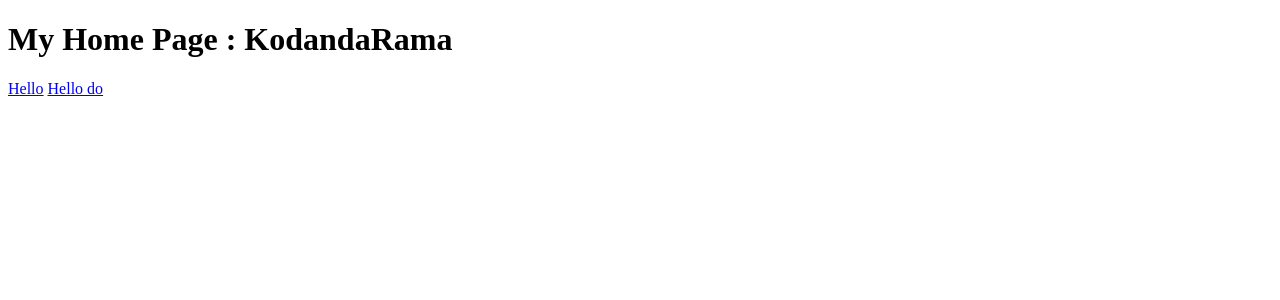
Repository: Rama-13/LaunchPadAllFiles
Page: java-workspace/SpringMVCDemo/WebContent/index.html
These files come from the project's save history. The page is drawn as it stood at one moment and after the next save; the edit follows.
The browser window is 1280 px wide. The pictures show the whole page.

Above is the page before, as saved 2019-08-01 09:01:22.

### java-workspace/SpringMVCDemo/WebContent/index.html
<!DOCTYPE html>
<html>
<head>
<meta charset="ISO-8859-1">
<title>Spring MVC</title>
</head>
<body>
<h1>My Home Page : KodandaRama</h1>
<a href = "Hello.html">Hello</a>
<a href = "Hello.do">Hello do</a>
</body>
</html>

After the next save:
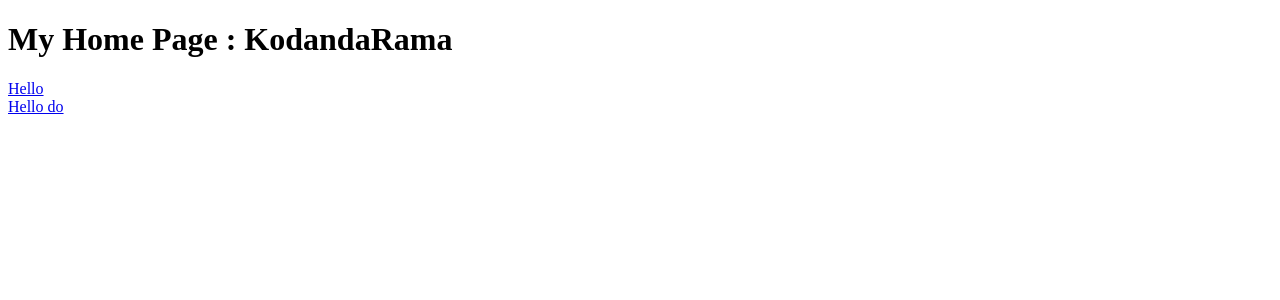
Saved 58 s later.
--- a/java-workspace/SpringMVCDemo/WebContent/index.html
+++ b/java-workspace/SpringMVCDemo/WebContent/index.html
@@ -6,7 +6,7 @@
 </head>
 <body>
 <h1>My Home Page : KodandaRama</h1>
-<a href = "Hello.html">Hello</a>
+<a href = "Hello.html">Hello</a></br>
 <a href = "Hello.do">Hello do</a>
 </body>
 </html>
